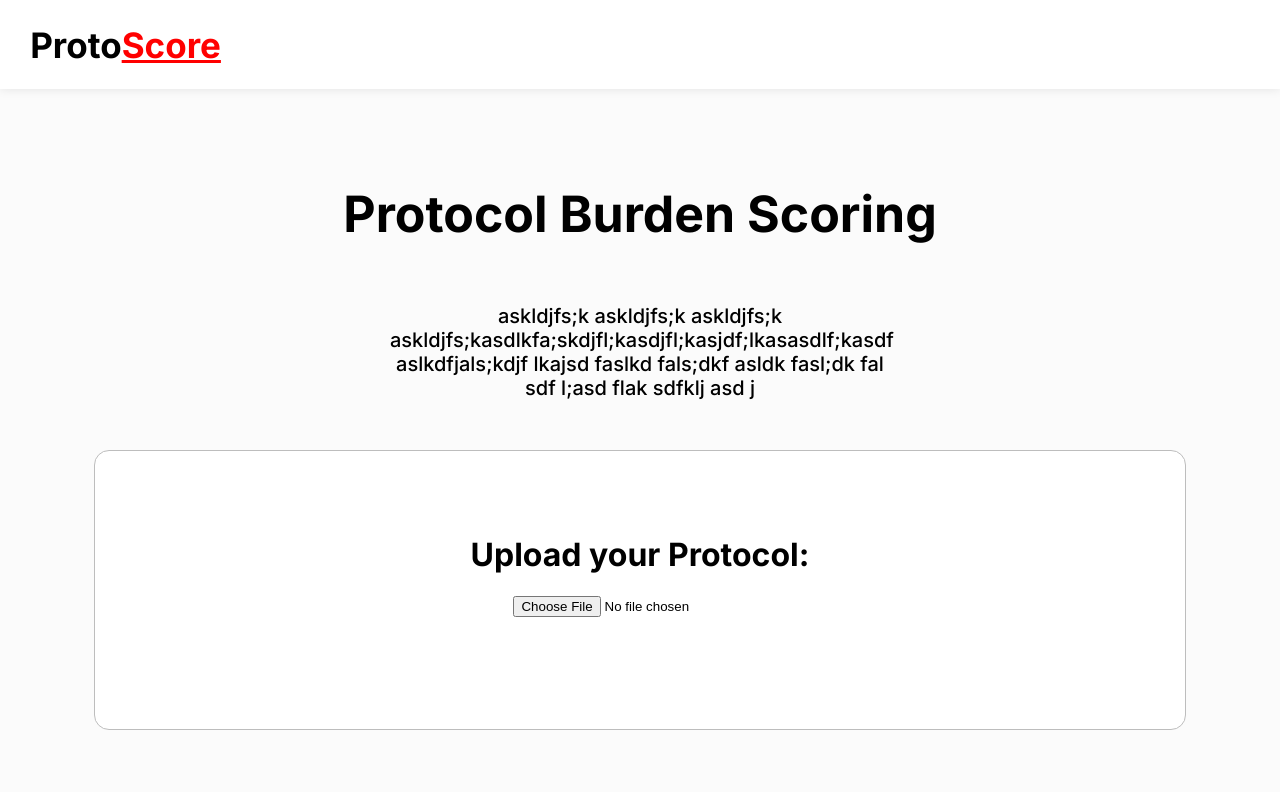
Repository: evanc108/Regeneron2024
Page: / (app in regeneron/)
These files come from the project's save history. The page is drawn as it stood at one moment and after the next save; the edit follows.
The browser window is 1280 px wide. The pictures show the whole page.
The project was rebuilt for these pictures with package versions that can differ from the ones it lists, and the page was loaded fresh each time.

Above is the page before, as saved 2024-05-14 02:27:02.

### regeneron/src/App.js
import './App.css';
import React, { useState } from 'react';
import Feedback from './pages/Feedback';


function App() {
  return (
    <div className="App">
      <div style={{backgroundColor: "white", width: "100%", padding: "0.2px", boxShadow: "0px 0px 10px rgba(0, 0, 0, 0.1)"}}>
        <h1 style={{ marginLeft: "30px", fontSize: "35px", textAlign: "left"}}>
          <span style={{color: "black"}}>Proto</span>
          <span style={{color: "red", textDecoration: "underline"}}>Score</span>
        </h1>
      </div>


      {/* <input value={inputValue} onChange={handleChange}></input>
      <button onClick={sendRequest}>Click me</button>
      <div>
        <p>Physical Burden: {burden.physical}</p>
        <p>Logistical Burden: {burden.logistical}</p>
        <p>Financial: {burden.financial}</p>
        <p>Psychological Burden: {burden.psychological}</p>
      </div> */}
      <Feedback></Feedback>
    </div>
  );
}

export default App;

### regeneron/src/App.css
.App {
  text-align: center;
  background-color: #fbfbfb;
  margin: 0;
  height: 110vh;
}

body {
  font-family: 'Inter', sans-serif;
  margin: 0;
  padding: 0;
  height: 110vh;
}

.App-logo {
  height: 40vmin;
  pointer-events: none;
}

@media (prefers-reduced-motion: no-preference) {
  .App-logo {
    animation: App-logo-spin infinite 20s linear;
  }
}

.App-header {
  background-color: #282c34;
  min-height: 100vh;
  display: flex;
  flex-direction: column;
  align-items: center;
  justify-content: center;
  font-size: calc(10px + 2vmin);
  color: white;
}

.App-link {
  color: #61dafb;
}

@keyframes App-logo-spin {
  from {
    transform: rotate(0deg);
  }
  to {
    transform: rotate(360deg);
  }
}

### regeneron/src/pages/Feedback.js
import React, { useState } from 'react';
import '../styles/feedback.css';
import { handleExtraction } from '../openAIServices';
import { PropagateLoader } from 'react-spinners';

function Feedback() {
    const [fileUploaded, setFileUploaded] = useState(false);
    const [loading, setLoading] = useState(false);
    const [burden, setBurden] = useState({});
    const [pdfUrl, setPdfUrl] = useState("");

    const handleFileUpload = async (text) => {
        setLoading(true);
        // Uncomment and use when API is connected
        // const response = await handleExtraction(text);
        // setBurden(response);
        setFileUploaded(true);
        setLoading(false);
    };

    function extractText(event) {
        const file = event.target.files[0];
        if (file) {
            const url = URL.createObjectURL(file);
            setPdfUrl(url);
            setFileUploaded(true);

            const reader = new FileReader();
            reader.onload = async (e) => {
                const text = await reader.result;
                console.log(text);
                handleFileUpload(text);
            };
            reader.readAsText(file);
        }
    }

    return (
        <div className="feedback-container">
            {!fileUploaded && (
                <div style={{display:"flex", flexDirection:"column", justifyContent:"center", alignItems:"center", marginTop:"5%"}}>
                    <div className="onboarding">
                        <h1 style={{fontSize:"50px", marginBottom:"40px"}}>Protocol Burden Scoring</h1>
                        <p style={{textOverflow: "ellipsis", whiteSpace: "normal", maxWidth: "500px"}}>
                            askldjfs;k askldjfs;k askldjfs;k askldjfs;kasdlkfa;skdjfl;kasdjfl;kasjdf;lkasasdlf;kasdf aslkdfjals;kdjf lkajsd faslkd fals;dkf asldk fasl;dk fal sdf l;asd flak sdfklj asd j</p>
                    </div>
                    <div className='upload-file'>
                        {!fileUploaded && !loading && (
                            <div>
                                <h1>Upload your Protocol:</h1>
                                <input
                                    type="file"
                                    accept=".pdf"
                                    onChange={extractText}
                                />
                            </div>
                        )}
                        {loading && (
                            <div style={{ marginTop: "30px" }}>
                                <h2>Calculating Burden...</h2>
                                <PropagateLoader color="#36d7b7" />
                            </div>
                        )}
                    </div>
                </div>
            )}

            {fileUploaded && !loading && (
                <div className="protocol-container">
                    <div className="iframe-container">
                        <iframe src={pdfUrl} style={{ width: '100%', height: '100%' }}></iframe>
                    </div>
                </div>
            )}
            {fileUploaded && !loading && (
                <div className="score-container">
                    <div>
                        <p style={{ fontSize: '17px', fontWeight: '300', marginBottom: '-3px' }}>Burden Score</p>
                        <span style={{ fontSize: '50px', fontWeight: '600' }}>{burden.score || 'N/A'}</span>
                    </div>
                </div>
            )}
        </div>
    );
}

export default Feedback;

### regeneron/src/styles/feedback.css
.feedback-container {
    display: flex;
    flex-direction: row;
    justify-content: center;
    margin-top: -2.5%;
}

.onboarding {
    font-size: 20px;
    font-weight: 500;
    margin-top: 5%;
    display: flex;
    flex-direction: column;
    justify-content: center;
    align-items: center;
}

.upload-file {
    border-color: rgb(189, 189, 189);
    border-width: 1px;
    border-style: solid;
    padding-left: 100px;
    padding-right: 100px;
    width: 150%;
    height: 30vh;
    margin-top: 5%;
    border-radius: 15px;
    background-color: white;
    overflow: hidden;
    padding-top: 10.5%;
}

.protocol-container {
    border-color: rgb(189, 189, 189);
    border-width: 1px;
    border-style: solid;
    padding-left: 100px;
    padding-right: 100px;
    width: 40%;
    height: 68vh;
    margin-top: 5%;
    border-radius: 15px;
    background-color: white;
    overflow: hidden;
    padding-top: 10.5%;
}

.score-container {
    border-color: rgb(189, 189, 189);
    border-width: 1px;
    border-style: solid;
    padding: 100px;
    width: 10%;
    height: 65.3vh;
    margin-top: 5%;
    border-radius: 15px;
    background-color: white;
    margin-left: 30px;
}

.score {
    font-size: large;
}

.unique-score {
    font-size: 86px;
    font-weight: 500;
}


.iframe-container {
    top: -28%;
    width: 130%;
    left: -15%;
    height: 150%;  /* Adjust height as needed */
    overflow: hidden;
    position: relative;
}

Loaded but not shown: regeneron/public/index.html (common file); regeneron/src/index.js (common file); regeneron/src/openAIServices.js (no copy from this time; the picture is the same without it)

After the next save:
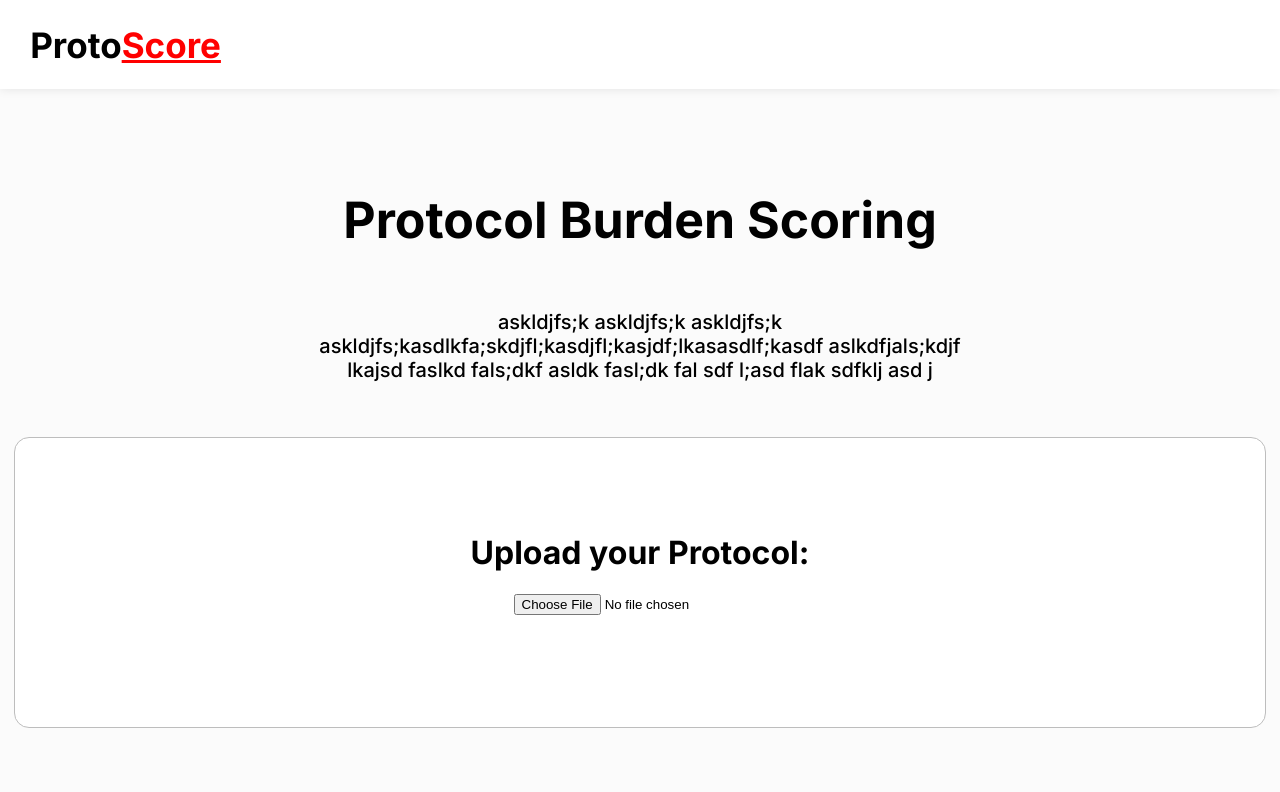
Saved 6 s later.
--- a/regeneron/src/pages/Feedback.js
+++ b/regeneron/src/pages/Feedback.js
@@ -41,7 +41,7 @@ function Feedback() {
                 <div style={{display:"flex", flexDirection:"column", justifyContent:"center", alignItems:"center", marginTop:"5%"}}>
                     <div className="onboarding">
                         <h1 style={{fontSize:"50px", marginBottom:"40px"}}>Protocol Burden Scoring</h1>
-                        <p style={{textOverflow: "ellipsis", whiteSpace: "normal", maxWidth: "500px"}}>
+                        <p style={{textOverflow: "ellipsis", whiteSpace: "normal", maxWidth: "700px"}}>
                             askldjfs;k askldjfs;k askldjfs;k askldjfs;kasdlkfa;skdjfl;kasdjfl;kasjdf;lkasasdlf;kasdf aslkdfjals;kdjf lkajsd faslkd fals;dkf asldk fasl;dk fal sdf l;asd flak sdfklj asd j</p>
                     </div>
                     <div className='upload-file'>
